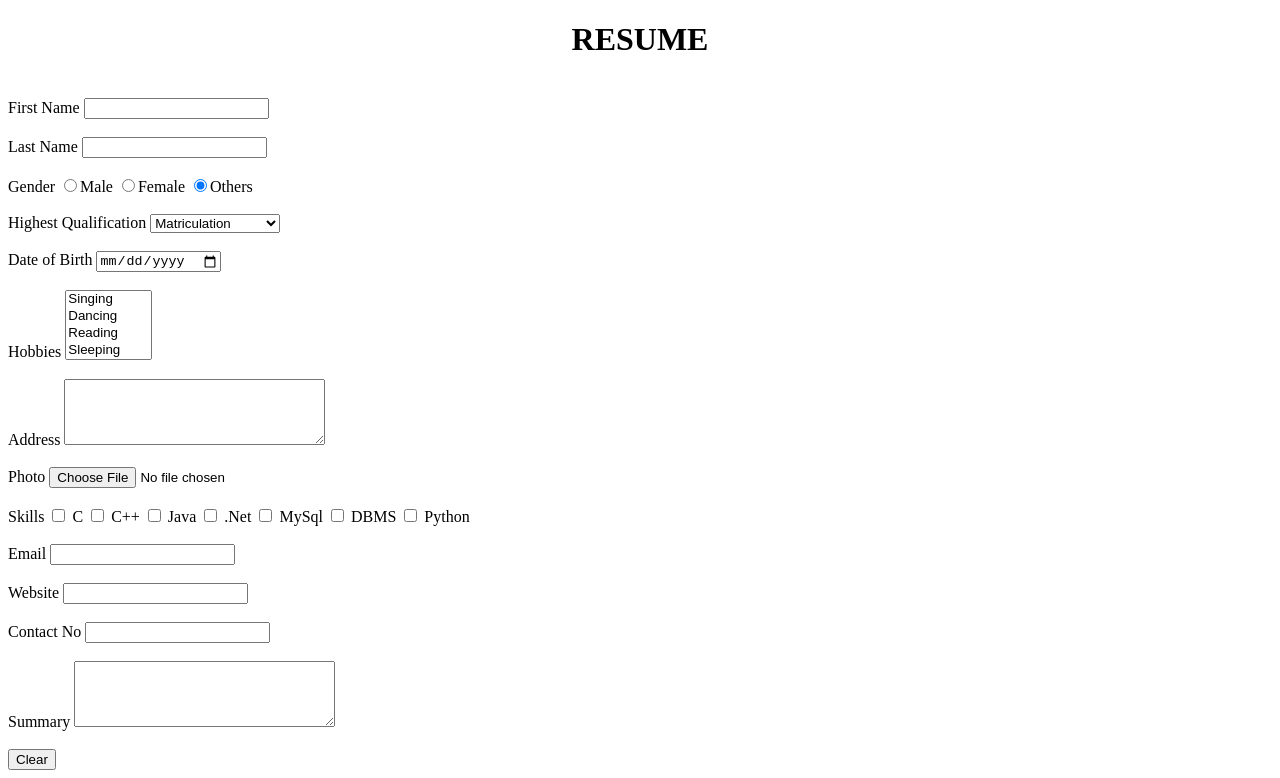
Repository: Rccalfa123/JEE
Page: MyFirstServlet/WebContent/Resume.html
An editor plug-in stored every save of this project. The page is shown before and after the next save, followed by the edit.
The browser window is 1280 px wide. The pictures show the whole page.

Above is the page before, as saved 2018-08-07 08:39:36.

After the next save:
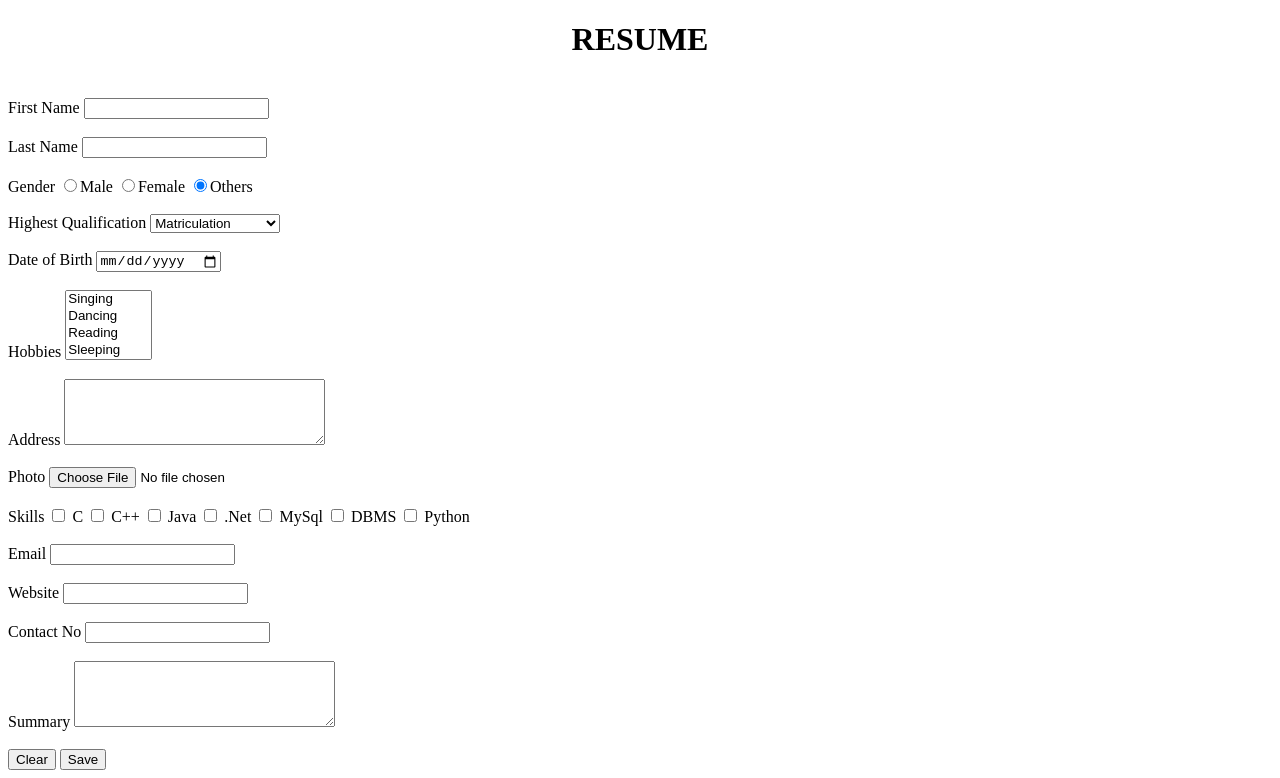
Saved 56 s later.
--- a/MyFirstServlet/WebContent/Resume.html
+++ b/MyFirstServlet/WebContent/Resume.html
@@ -57,7 +57,7 @@
 
   Summary  <textarea name="summary"   rows="4" cols="30"></textarea><br><br>
 
-   <div>  <input type="reset" value="Clear">    </div>
+   <div>  <input type="reset" value="Clear"> <input type="submit" value="Save">   </div>
 
    </form>
 
